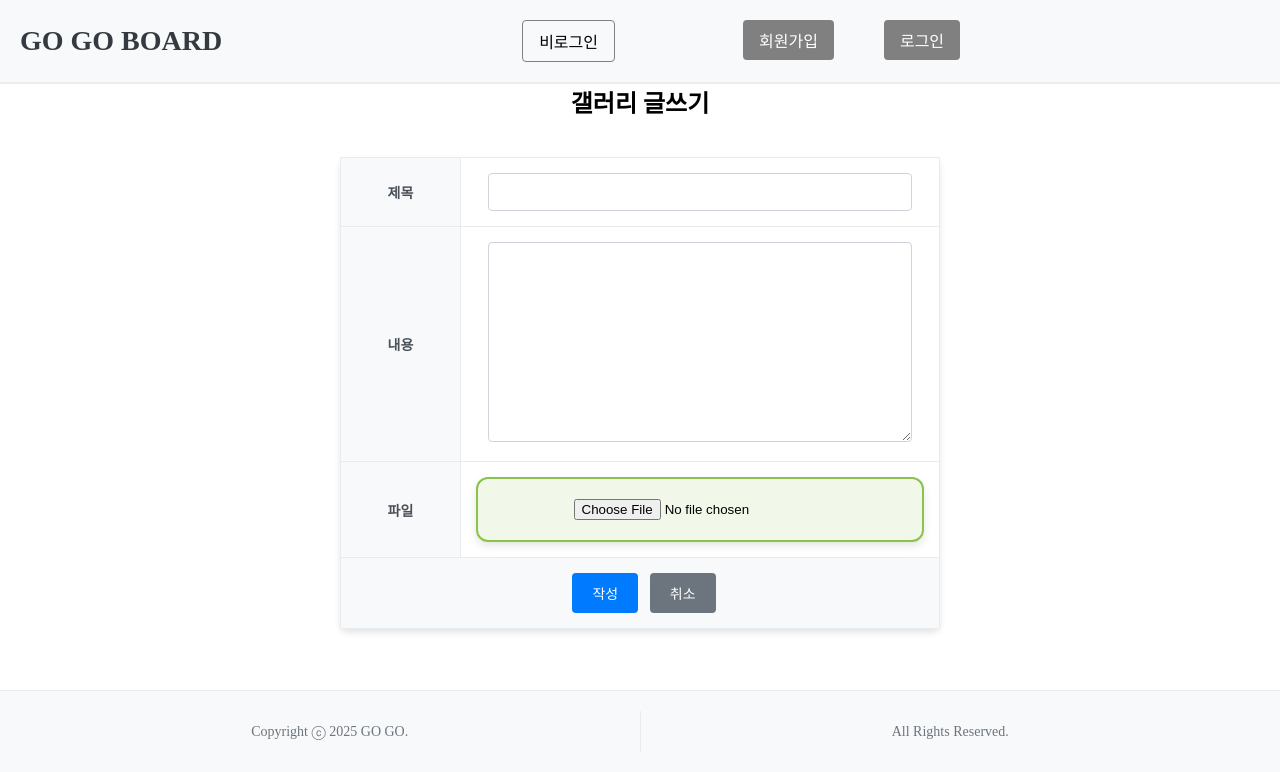
Repository: 1plus1equals3-true/Board-Project
Page: http://localhost/jsp/board/write_gallery.jsp
The author's editor kept a copy of each file at every save. The page is drawn from the files as they stood at one save, then again after the next save.
The browser window is 1280 px wide. The pictures show the whole page.
The page is served by Tomcat 9.

Above is the page before, as saved 2025-09-23 05:57:49.

After the next save:
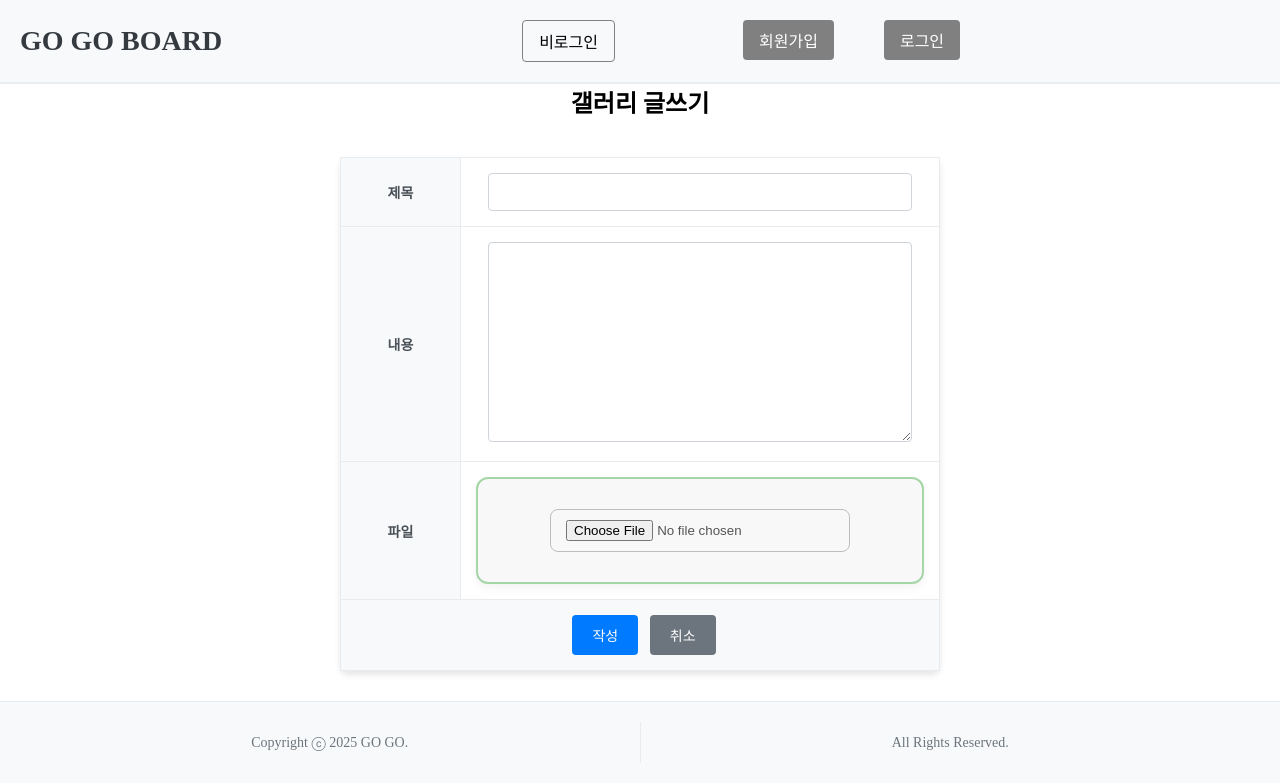
Saved 2 min 33 s later.
--- a/jsp/src/main/webapp/board/write_gallery.jsp
+++ b/jsp/src/main/webapp/board/write_gallery.jsp
@@ -90,26 +90,64 @@
 .write-form a {
     text-decoration: none;
 }
+/* 전체 컨테이너 (div) 스타일 */
 .file-container {
-  /* 테두리 스타일 */
-  border: 2px solid #8BC34A; /* 2px 두께의 연두색 테두리 */
-  border-radius: 12px; /* 둥근 모서리 */
-
-  /* 내부 여백 */
-  padding: 20px;
-
-  /* 배경색 */
-  background-color: #F1F8E9; /* 아주 연한 연두색 배경 */
-
-  /* 그림자 효과 */
-  box-shadow: 0 4px 8px rgba(0, 0, 0, 0.1); /* 은은한 그림자 */
-
-  /* 내부 요소 정렬 */
+  /* 레이아웃 및 정렬 */
   display: flex;
   flex-direction: column;
-  align-items: center; /* 가로 중앙 정렬 */
-  justify-content: center; /* 세로 중앙 정렬 */
-  gap: 15px; /* 요소들 사이의 간격 */
+  align-items: center;
+  gap: 20px;
+
+  /* 디자인 */
+  padding: 30px;
+  border: 2px solid #A5D6A7; /* 부드러운 연두색 테두리 */
+  border-radius: 12px;
+  background-color: #F8F8F8;
+  box-shadow: 0 4px 10px rgba(0, 0, 0, 0.05);
+}
+
+/* file-container 내부의 input[type="file"] 스타일 */
+.file-container input[type="file"] {
+  font-family: Arial, sans-serif;
+  color: #555;
+  border: 1px solid #BDBDBD;
+  border-radius: 8px;
+  padding: 10px 15px;
+  width: 100%;
+  max-width: 300px;
+}
+
+/* file-container 내부의 button[type="button"] 스타일 */
+.file-container button[type="button"] {
+  /* 크기와 여백 */
+  padding: 12px 24px;
+  width: 100%;
+  max-width: 300px;
+
+  /* 폰트 */
+  font-family: Arial, sans-serif;
+  font-size: 16px;
+  font-weight: bold;
+  color: #fff;
+
+  /* 색상과 모양 */
+  background-color: #8BC34A; /* 연두색 배경 */
+  border: none;
+  border-radius: 8px;
+  cursor: pointer;
+
+  /* 애니메이션 효과 */
+  transition: background-color 0.3s ease, transform 0.1s ease;
+}
+
+/* 버튼에 마우스를 올렸을 때의 효과 */
+.file-container button[type="button"]:hover {
+  background-color: #7CB342;
+}
+
+/* 버튼을 눌렀을 때의 효과 */
+.file-container button[type="button"]:active {
+  transform: scale(0.98);
 }
 </style>
 </head>
